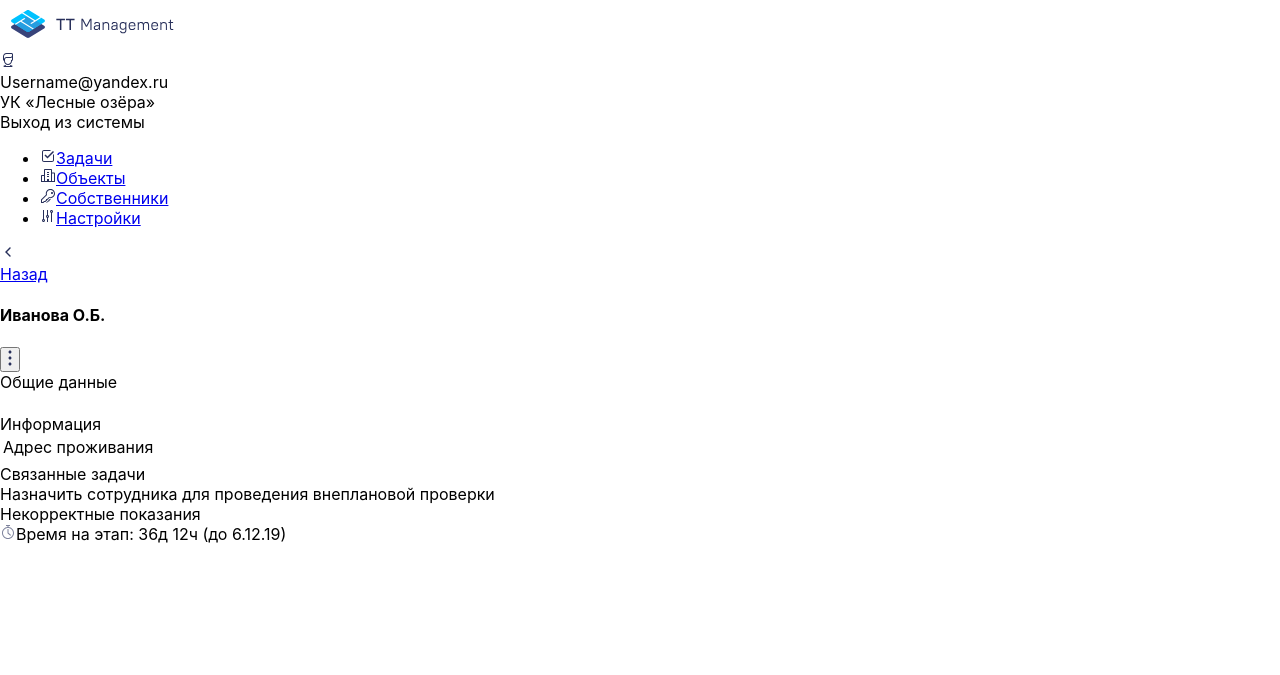
Repository: TryBr/tt-management
Page: /owners/1
The author's editor kept a copy of each file at every save. The page is drawn from the files as they stood at one save, then again after the next save.
The browser window is 1280 px wide. The pictures show the whole page.
The project was rebuilt for these pictures with package versions that can differ from the ones it lists, and the page was loaded fresh each time. Also part of the build but not shown: src/App.css, src/TaskDetail.js, src/Owners.js, src/OwnerEdit.js.

Above is the page before, as saved 2020-07-21 10:16:35.

After the next save:
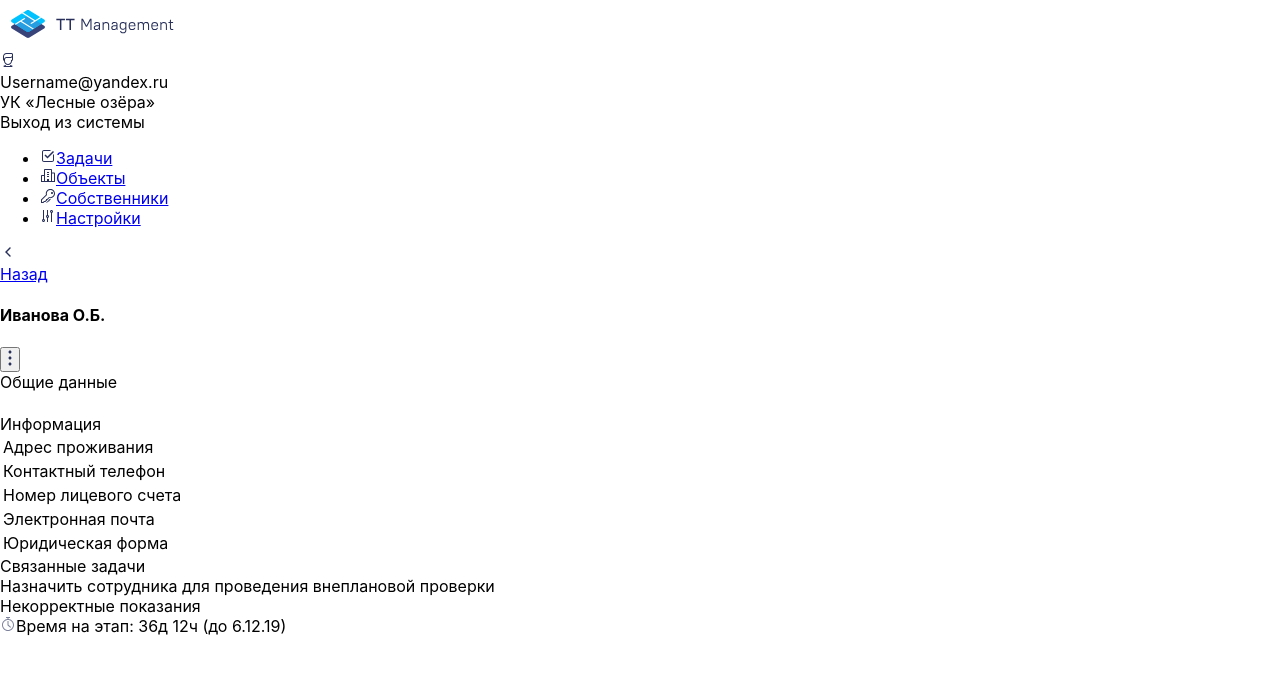
Saved 44 s later.
--- a/src/OwnerDetail.js
+++ b/src/OwnerDetail.js
@@ -94,7 +94,19 @@ const Owner = ({ owner }) => {
                                         <td></td>
                                     </tr>
                                     <tr>
+                                        <td>{tableColumns[1].label}</td>
                                         <td></td>
+                                    </tr>
+                                    <tr>
+                                        <td>{tableColumns[2].label}</td>
+                                        <td></td>
+                                    </tr>
+                                    <tr>
+                                        <td>{tableColumns[3].label}</td>
+                                        <td></td>
+                                    </tr>
+                                    <tr>
+                                        <td>{tableColumns[4].label}</td>
                                         <td></td>
                                     </tr>
                                 </table>
